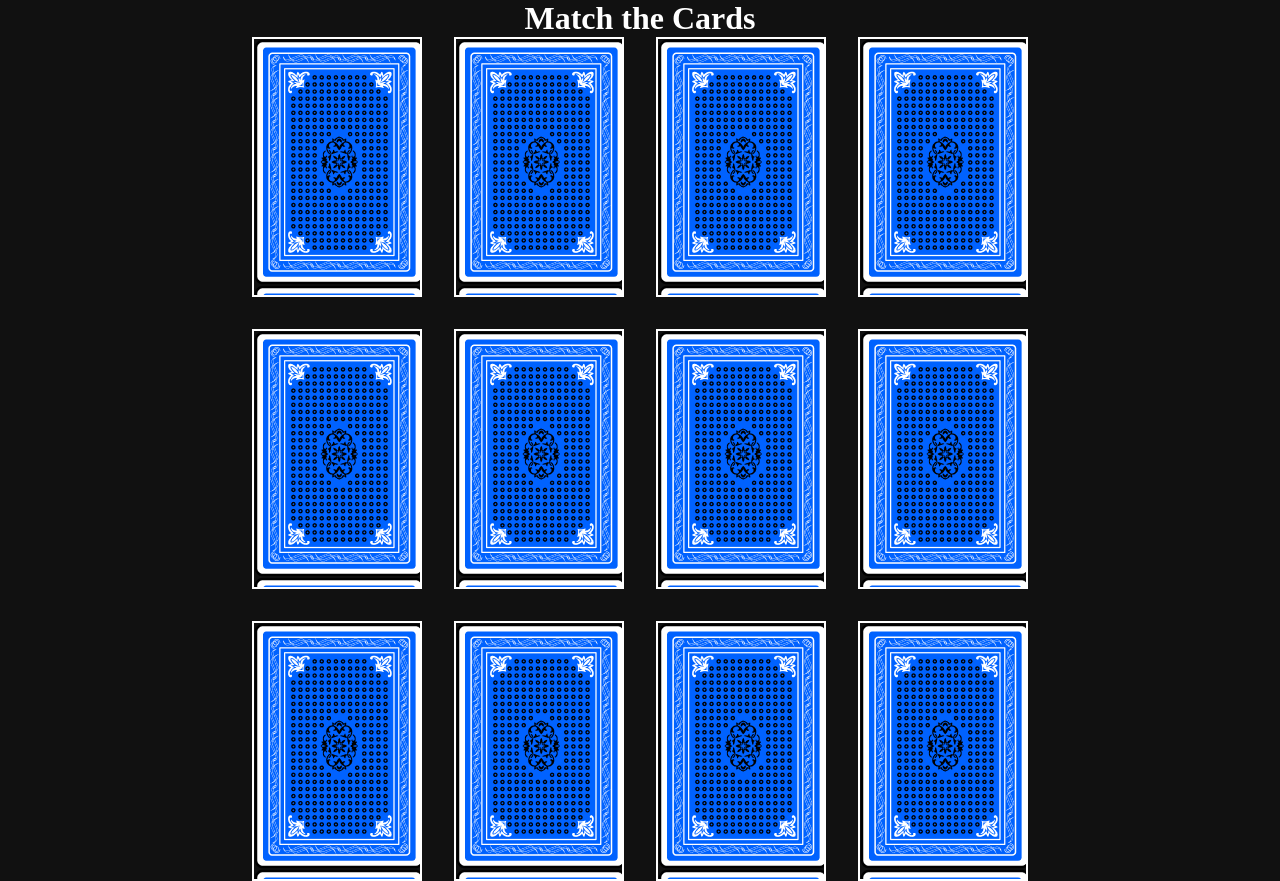
Repository: ThisIsSahaj/Js-Games
Page: MemoryCards/index.html
An editor plug-in stored every save of this project. The page is shown before and after the next save, followed by the edit.
The browser window is 1280 px wide. The pictures show the whole page.

Above is the page before, as saved 2024-05-16 15:39:22.

After the next save:
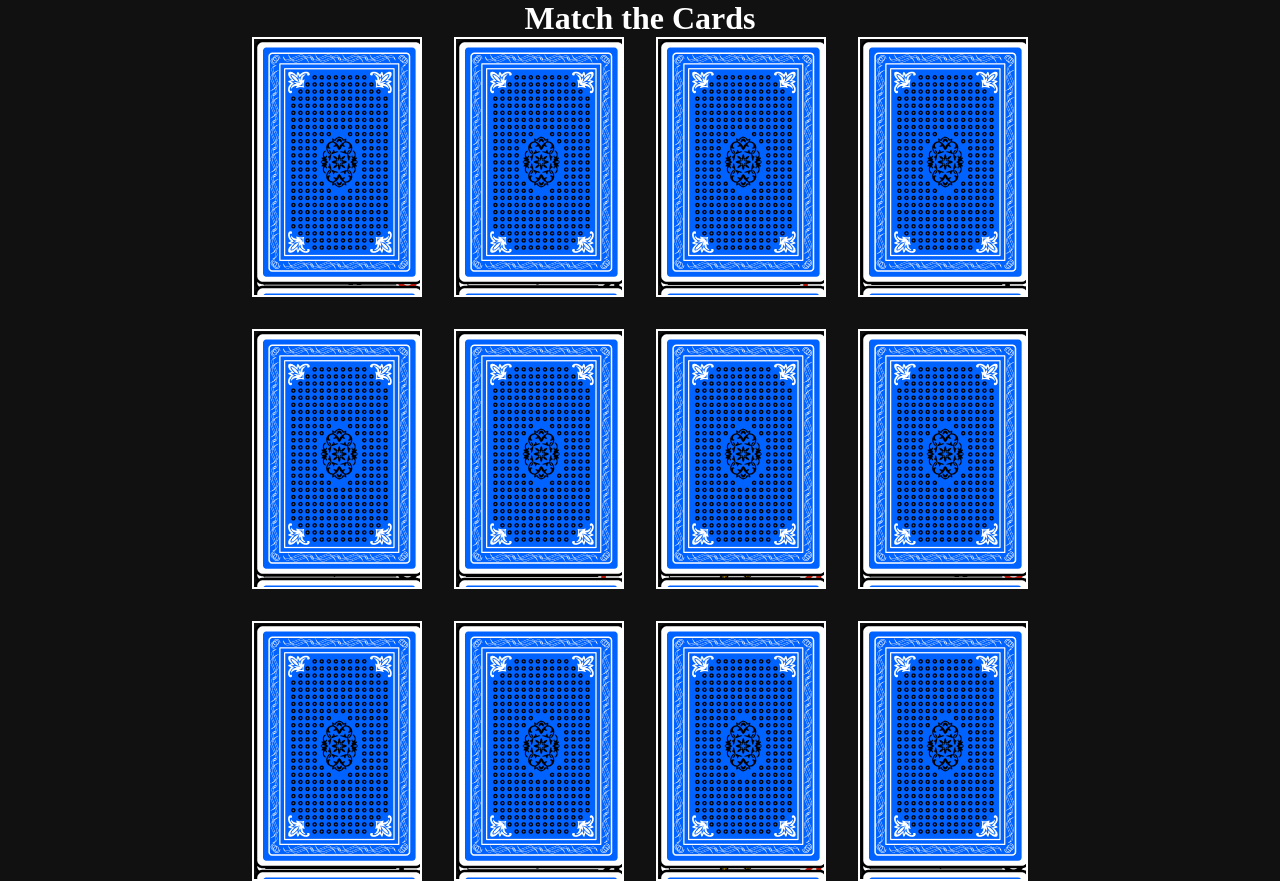
Saved 4 s later.
--- a/MemoryCards/script.js
+++ b/MemoryCards/script.js
@@ -53,7 +53,7 @@
 
   const cardFront = document.createElement('div');
   cardFront.classList.add('cardFront');
-  // cardFront.style.backgroundImage = `url(${element.image})`;
+  cardFront.style.backgroundImage = `url(${element.image})`;
 
   card.appendChild(cardFront)
   card.appendChild(cardBack)

After the save that followed:
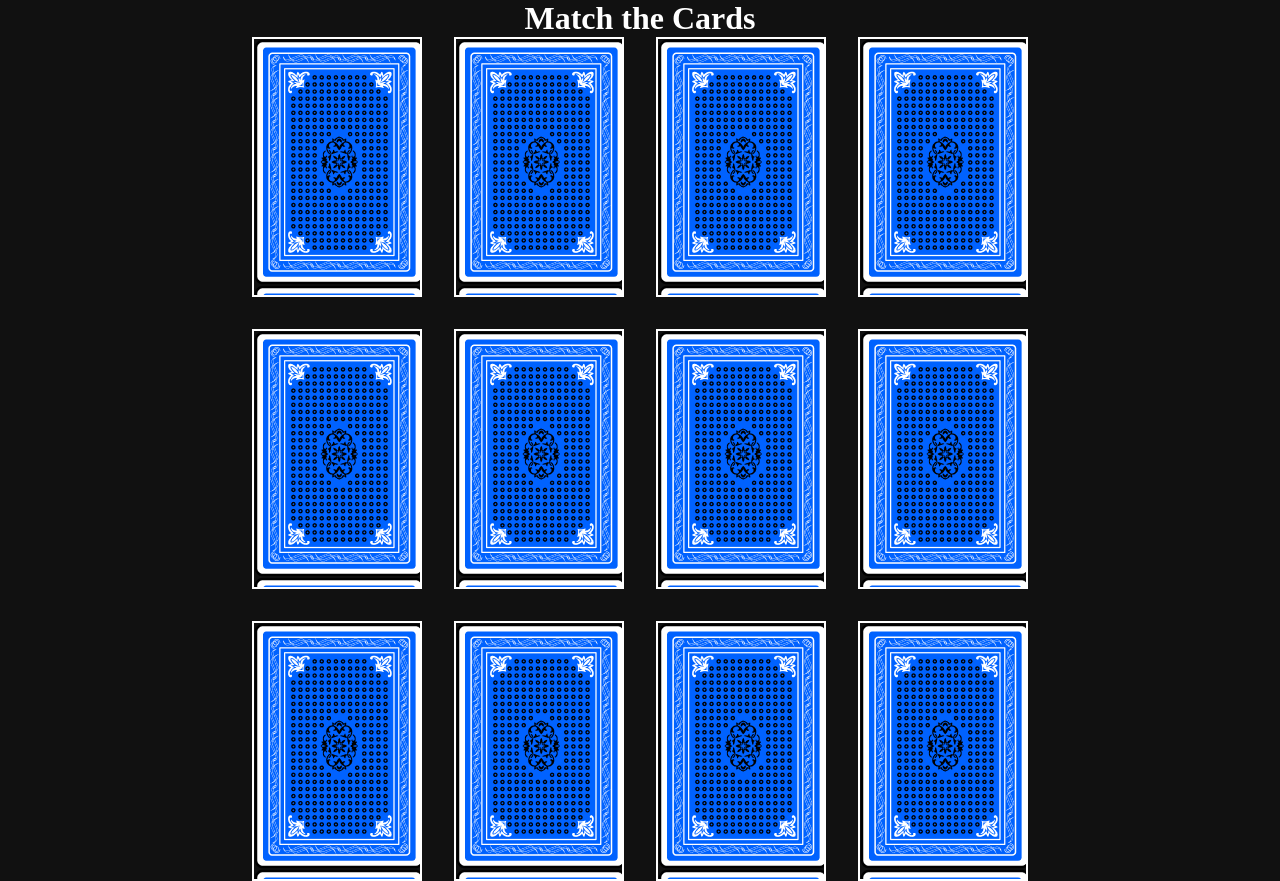
Saved 91 s later.
--- a/MemoryCards/style.css
+++ b/MemoryCards/style.css
@@ -57,10 +57,15 @@
 .cardBack{
  border: 2px solid white;
  background-size: contain;
-
  background: url(images/back.png);
 }
+
 .cardFront{
     border: 2px solid red;
+    transform: rotateY(180deg);
+    background-size: contain;
+    background-repeat: no-repeat;
+    background-position: center center;
+
 
 }
